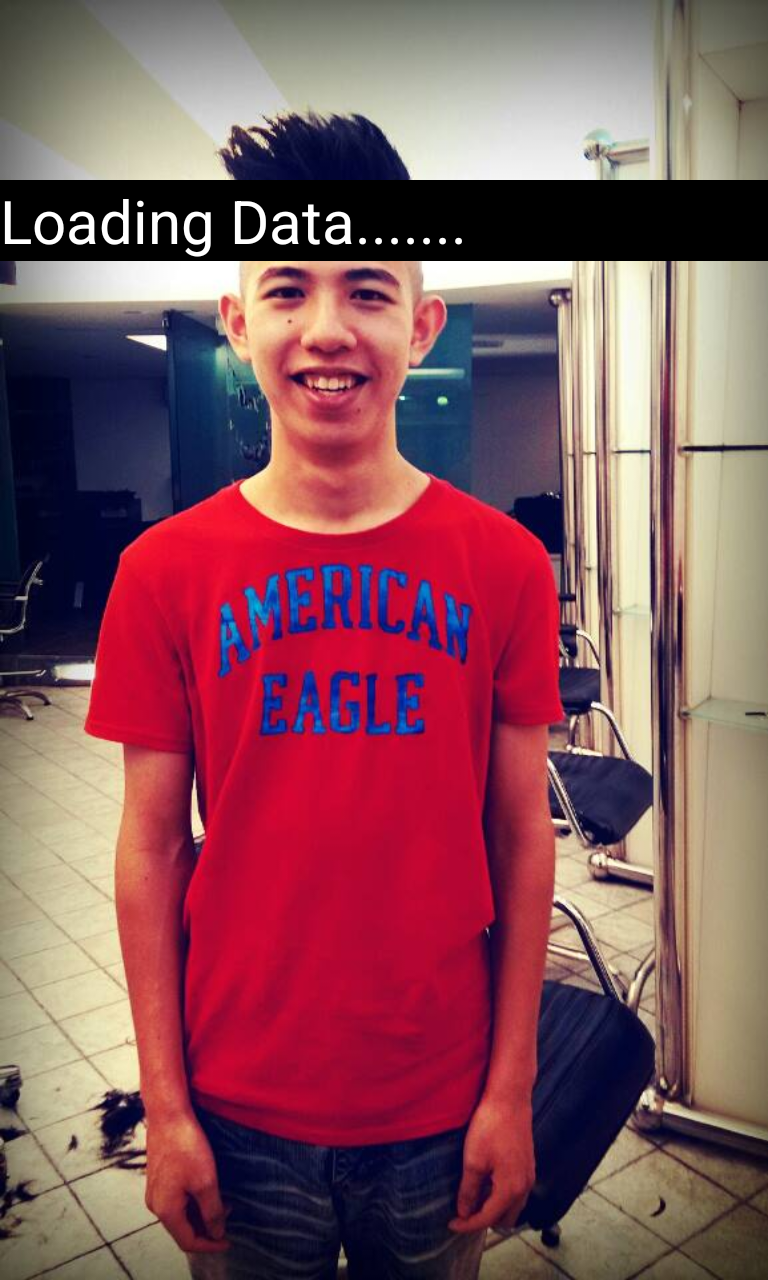
Repository: gt212345/p4p-android
Layout: p4p-android/res/layout/activity_welcome.xml
These files come from the project's save history. The layout is drawn as it stood at one moment and after the next save; the edit follows.
It is drawn on a 768 x 1280 px phone screen (xhdpi) without system bars, with theme AppTheme; the app's code is not run.

Above is the layout before, as saved 2014-05-24 11:41:04.

### p4p-android/res/layout/activity_welcome.xml
<?xml version="1.0" encoding="utf-8"?>
<RelativeLayout xmlns:android="http://schemas.android.com/apk/res/android"
    android:layout_width="match_parent"
    android:layout_height="match_parent"
    android:background="@drawable/welcome"
    android:orientation="vertical" >

    <TextView
        android:id="@+id/textView1"
        android:layout_width="wrap_content"
        android:layout_height="wrap_content"
        android:layout_alignParentLeft="true"
        android:layout_alignParentRight="true"
        android:layout_alignParentTop="true"
        android:layout_marginTop="90dp"
        android:background="#FF000000"
        android:textColor="#FFFFFFFF"
        android:textSize="30dp"
        android:text="Loading Data......." />

</RelativeLayout>

Loaded but not shown: p4p-android/res/values/styles.xml (common file); p4p-android/res/values-v11/styles.xml (common file); p4p-android/res/values-v14/styles.xml (common file)

After the next save:
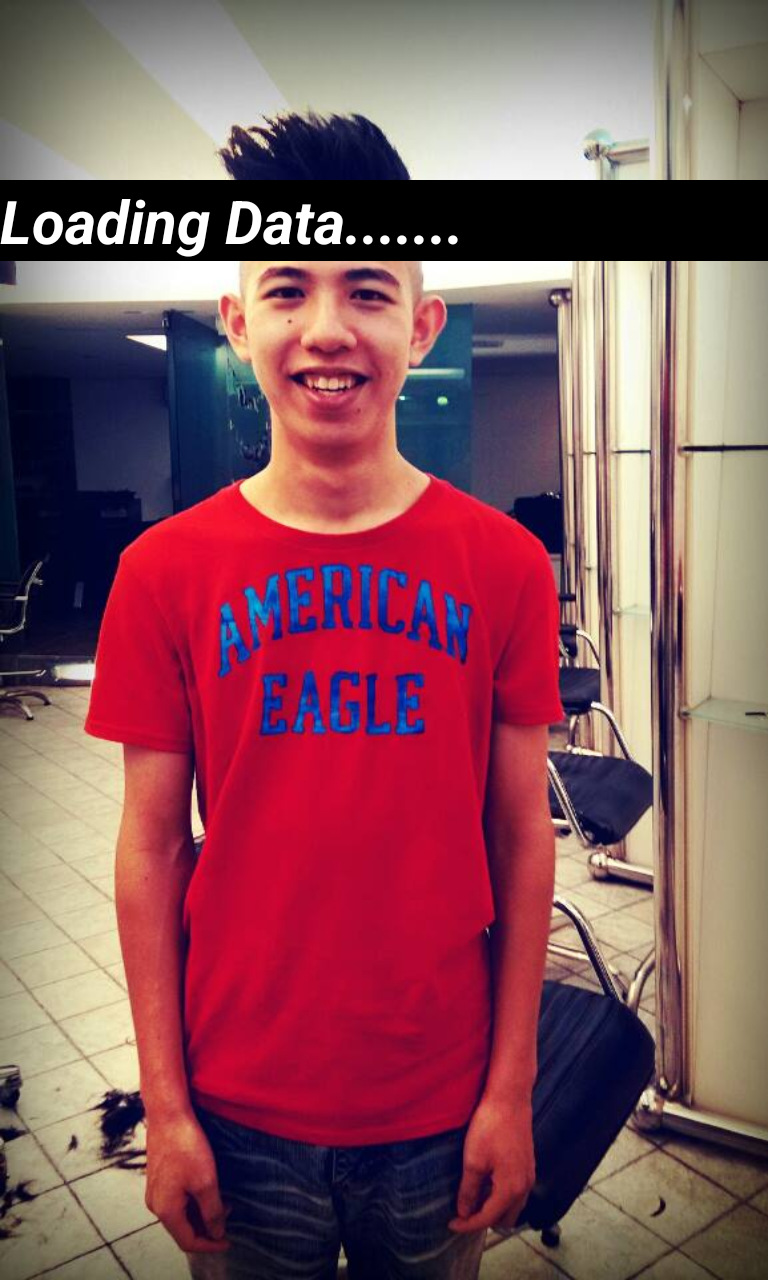
Saved 18 s later.
--- a/p4p-android/res/layout/activity_welcome.xml
+++ b/p4p-android/res/layout/activity_welcome.xml
@@ -16,6 +16,7 @@
         android:background="#FF000000"
         android:textColor="#FFFFFFFF"
         android:textSize="30dp"
+        android:textStyle="italic|bold"
         android:text="Loading Data......." />
 
 </RelativeLayout>
